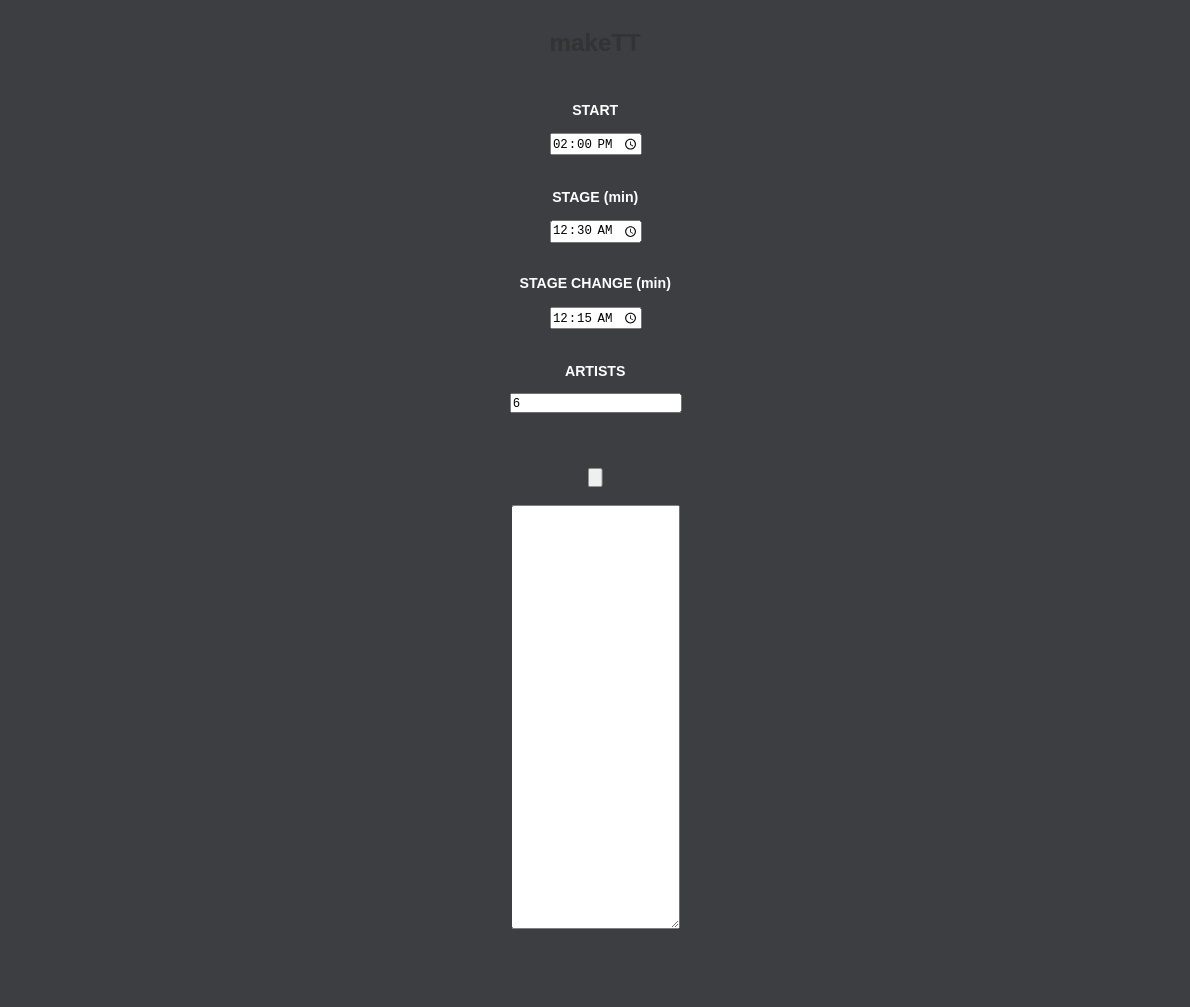
Repository: llll-7/makeTT
Page: index.html
The author's editor kept a record of every edit. The page is drawn from the files as they stood at one moment, then again after the next edit.
The browser window is 1280 px wide. The pictures show the whole page, at 93% of full size.

Above is the page before.

After the next edit:
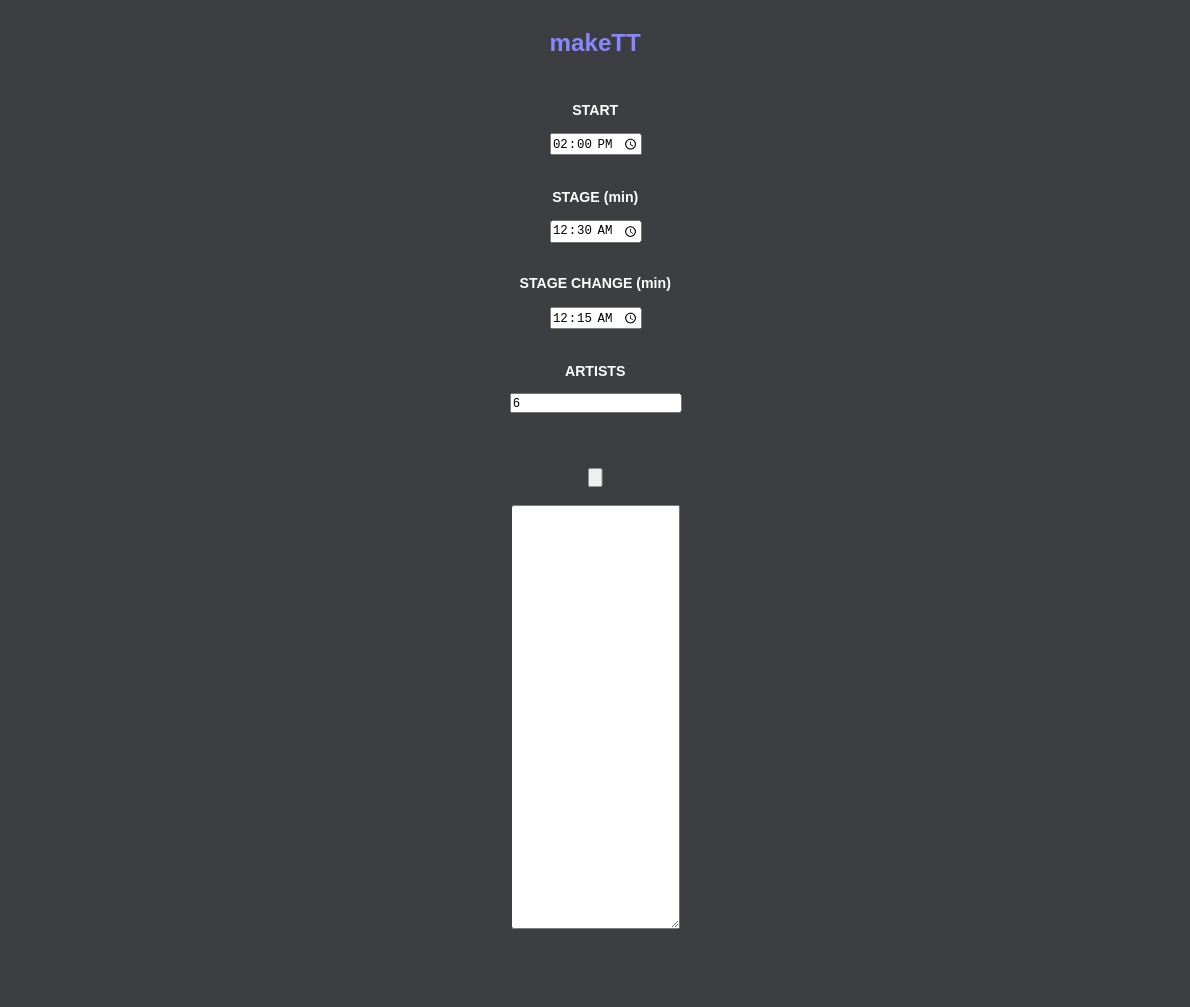
The edit:
--- a/stylesheet.css
+++ b/stylesheet.css
@@ -22,6 +22,10 @@
     text-align: center
 }
 
+.makett {
+    color: #8787ff;
+}
+
 .white {
     color: white;
 }
